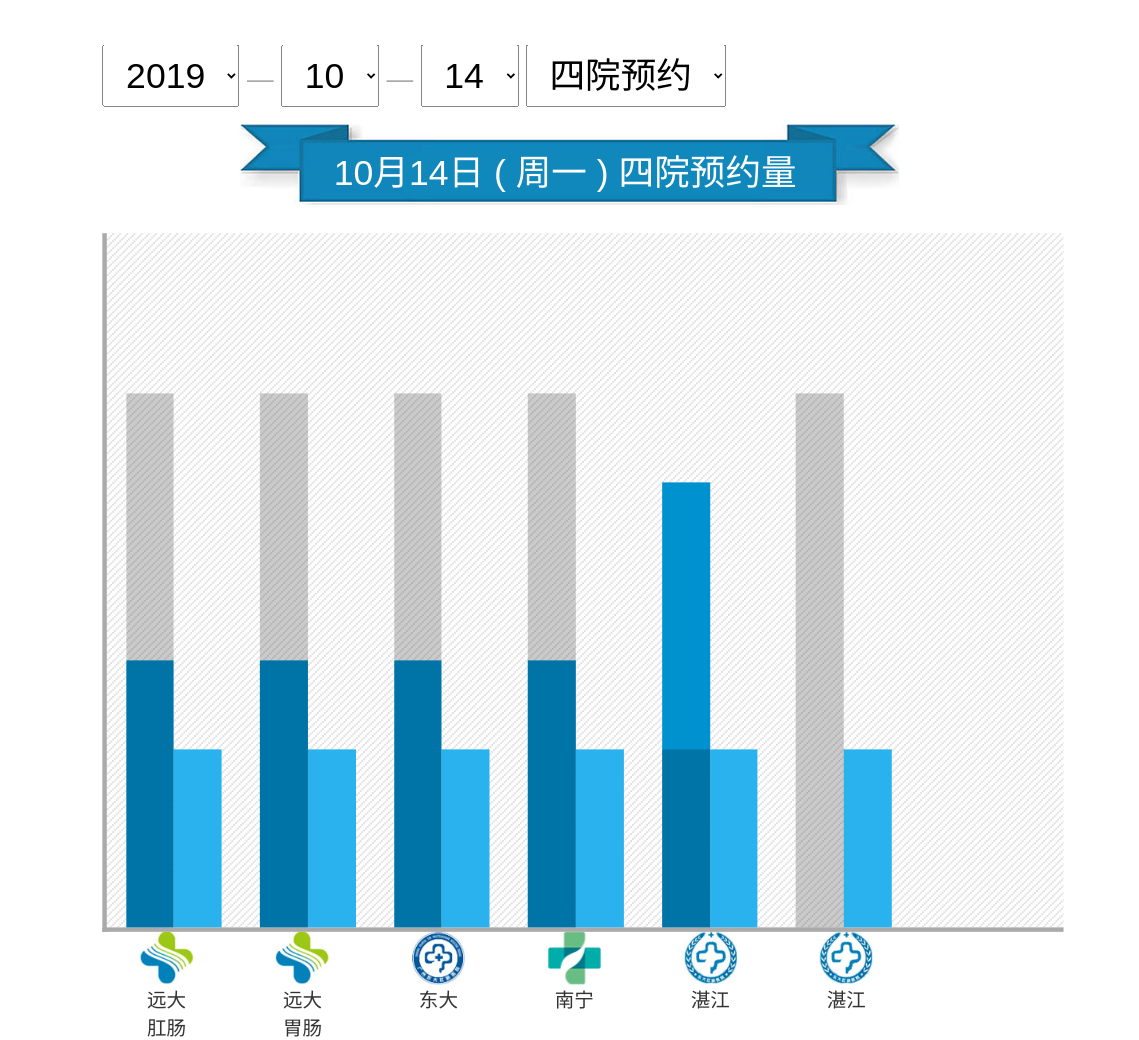
Repository: jerryyan/project
Page: http://localhost/m/index.php
These files come from the project's save history. The page is drawn as it stood at one moment and after the next save; the edit follows.
The browser window is 1280 px wide. The pictures show the whole page, at 89% of full size.
The page is run by PHP 8.4 with error messages shown; the project is at /var/www/html/. The session is filled in as if someone had signed in: {"name": "admin"}.

Above is the page before, as saved 2019-10-14 16:21:38.

After the next save:
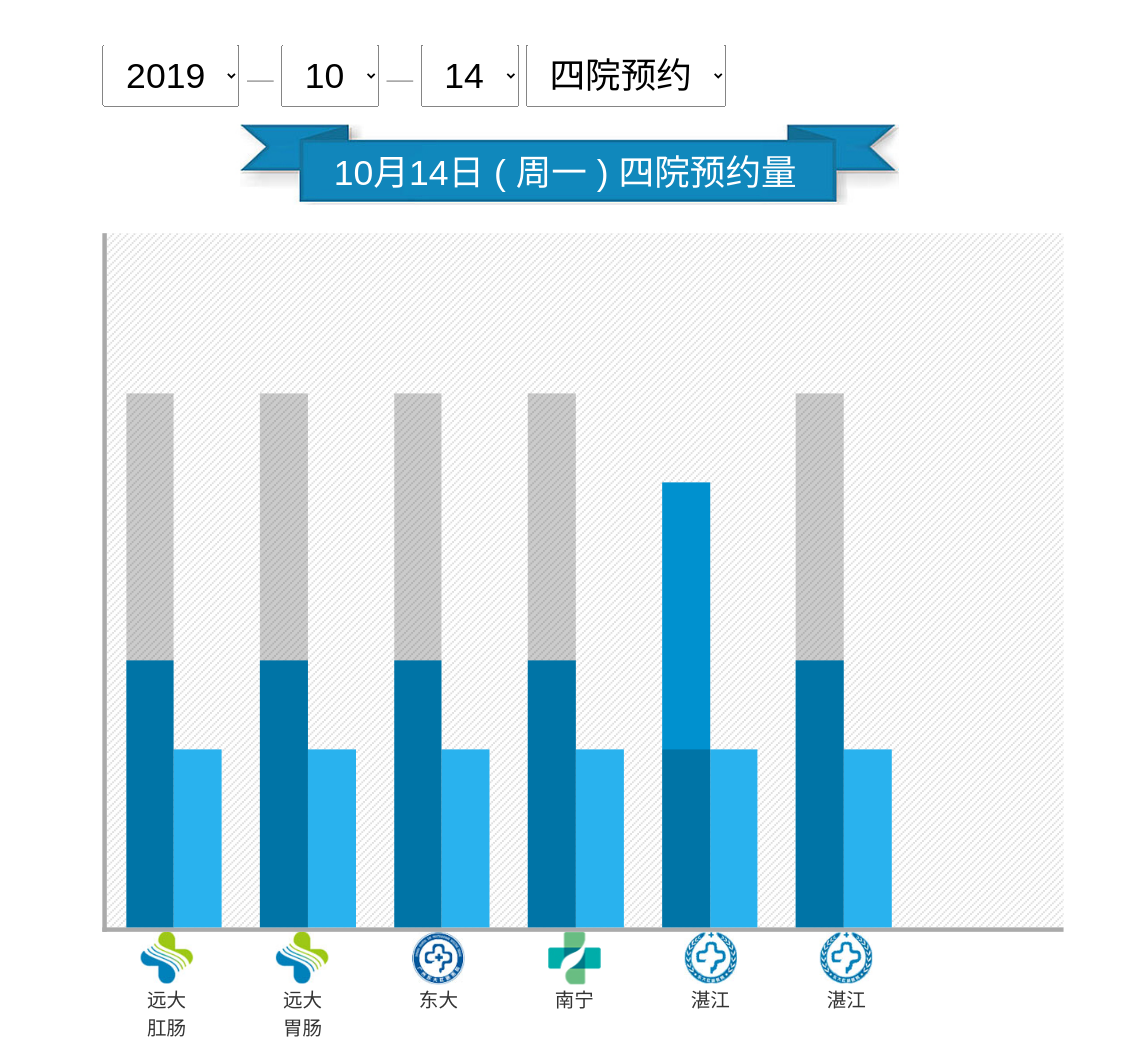
Saved 4 s later.
--- a/m/css/m.css
+++ b/m/css/m.css
@@ -179,7 +179,7 @@ ul {
 .dd_1,
 .ma_1,
 .zj_1,
-.zj_1,
+.ty_1,
 .yc_1 {
     background: #0091cf;
     z-index: 1;
